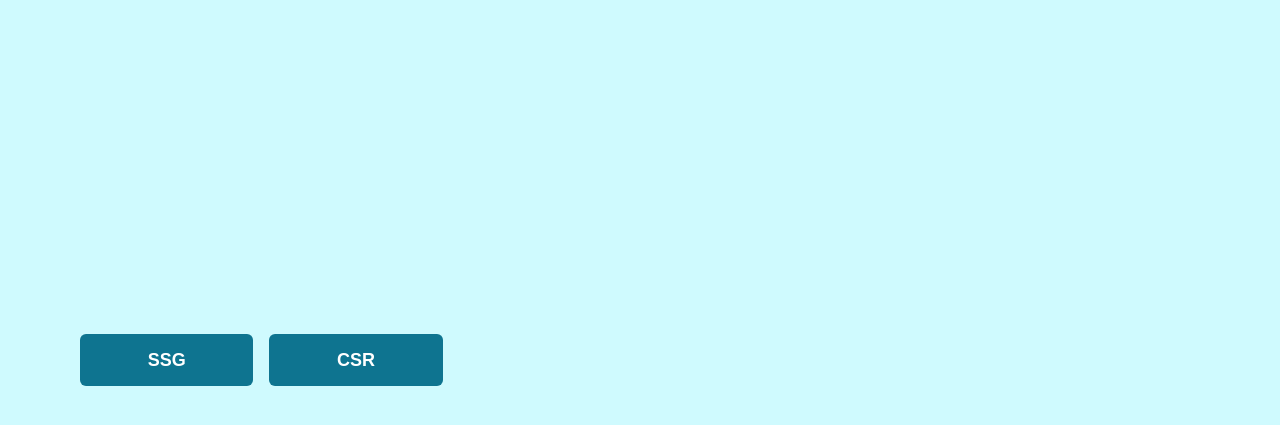
Repository: Marcus20119/Study_nextjs
Page: /
These files come from the project's save history. The page is drawn as it stood at one moment and after the next save; the edit follows.
The browser window is 1280 px wide. The pictures show the whole page.
The project was rebuilt for these pictures with package versions that can differ from the ones it lists, and the page was loaded fresh each time. The framework's server and built-in components were replaced by stand-ins that run in the browser. Also part of the build but not shown: next.config.js.

Above is the page before, as saved 2023-04-06 11:46:45.

### pages/index.tsx
import Head from 'next/head';
import Image from 'next/image';
import { Inter } from 'next/font/google';
import styles from '@/styles/Home.module.css';
import Link from 'next/link';

const inter = Inter({ subsets: ['latin'] });

const tabsData: {
  path: string;
  name: string;
}[] = [
  {
    path: '/SSG',
    name: 'SSG',
  },
  {
    path: '/CSR',
    name: 'CSR',
  },
];

export default function Home() {
  return (
    <>
      <div
        className="w-full flex justify-center items-center p-20"
        style={{
          height: '100vh',
          maxHeight: '-webkit-fill-available',
        }}
      >
        <div className="w-full grid grid-cols-6 gap-4">
          {tabsData.map(tab => (
            <button
              key={tab.path}
              className="flex justify-center items-center bg-cyan-700 py-3 rounded-md text-white text-lg font-bold"
            >
              <Link href={tab.path}>{tab.name}</Link>
            </button>
          ))}
        </div>
      </div>
    </>
  );
}

### styles/globals.css
@tailwind base;
@tailwind components;
@tailwind utilities;

body {
  font-family: 'Epilogue', sans-serif;
  -webkit-font-smoothing: antialiased;
  -moz-osx-font-smoothing: grayscale;
  -webkit-tap-highlight-color: transparent;
  background-color: rgb(207 250 254);
}
body::-webkit-scrollbar {
  width: 14px;
  height: 14px;
  background-color: transparent;
}

body::-webkit-scrollbar-thumb {
  border-radius: 10px;
  background-color: #a9a9a9aa;
  -webkit-background-clip: padding-box; /* for Safari */
  background-clip: padding-box;
}

input,
textarea {
  outline: none;
}
* {
  margin: 0;
  padding: 0;
  -webkit-tap-highlight-color: transparent;
  box-sizing: border-box;
  scroll-behavior: smooth !important;
  /* transition-property: all;
  transition-timing-function: cubic-bezier(0.4, 0, 0.2, 1);
  transition-duration: 150ms; */
}
a {
  text-decoration: none !important;
}
li {
  list-style: none;
}
select {
  -webkit-appearance: none;
  -moz-appearance: none;
  outline: none;
}
td {
  vertical-align: middle;
  height: 44.8px;
}

Loaded but not shown: pages/_app.tsx (common file); pages/_document.tsx (common file); tailwind.config.js (common file)

After the next save:
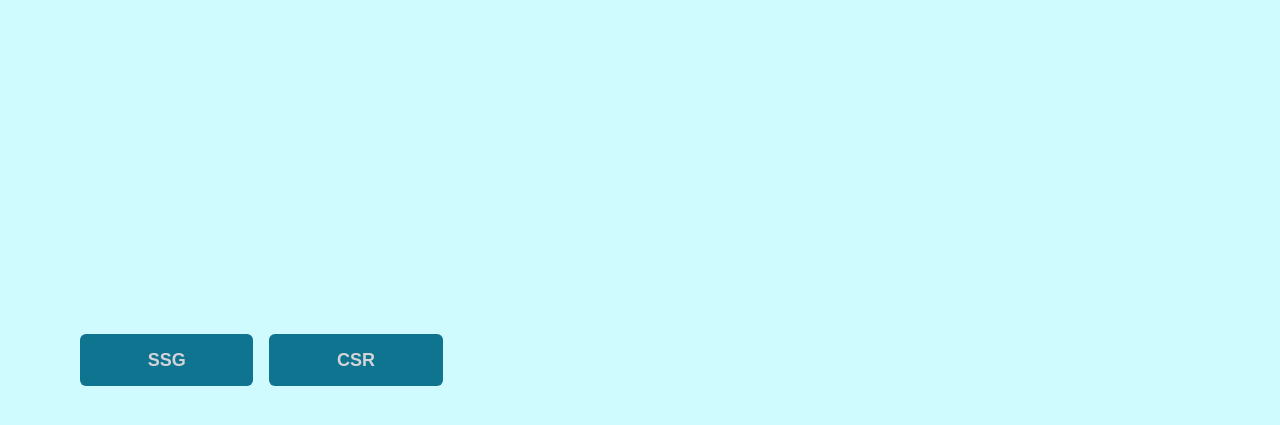
Saved 10 s later.
--- a/pages/index.tsx
+++ b/pages/index.tsx
@@ -34,7 +34,7 @@ export default function Home() {
           {tabsData.map(tab => (
             <button
               key={tab.path}
-              className="flex justify-center items-center bg-cyan-700 py-3 rounded-md text-white text-lg font-bold"
+              className="flex justify-center items-center bg-cyan-700 py-3 rounded-md text-zinc-300 text-lg font-bold"
             >
               <Link href={tab.path}>{tab.name}</Link>
             </button>
